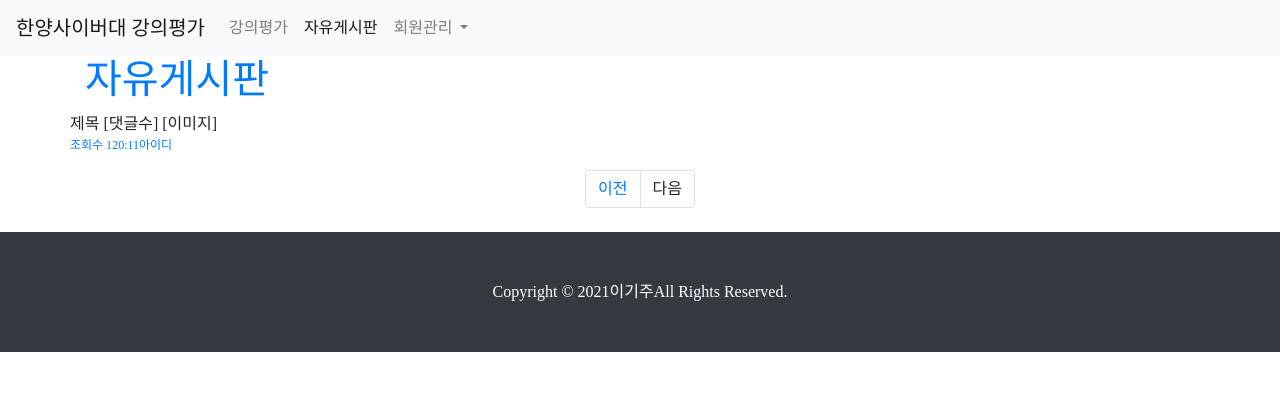
Repository: lkjjjang/hycu
Page: http://localhost/hycujjang/mobile.jsp
The author's editor kept a copy of each file at every save. The page is drawn from the files as they stood at one save, then again after the next save.
The browser window is 1280 px wide. The pictures show the whole page.
Some web fonts or font styles are not loaded; a fallback is used. The page is served by Tomcat 9. Nobody is signed in. The application's start-up code is not run. Other server files are loaded and not shown. The template is opened directly, without the code that normally fills it, so the values that code supplies are empty.

Above is the page before, as saved 2022-01-02 08:51:57.

### hycujjang/WebContent/mobile.jsp
<%@ page language="java" contentType="text/html; charset=UTF-8"
    pageEncoding="UTF-8"%>
<%@ page import="java.util.ArrayList" %>
<%@ page import="java.net.URLEncoder" %>
<%@ page import="java.io.PrintWriter" %>
<%@ taglib prefix="c" uri="http://java.sun.com/jsp/jstl/core"%>
<%@ taglib prefix="fmt" uri="http://java.sun.com/jsp/jstl/fmt"%>

<!DOCTYPE html>
<html>
<head>
	<meta charset="UTF-8">
	<meta name="viewport" content="width=device-width, initial-scale=1, shrink-to-fit=no">
	<title>한양사이버대 강의평가</title>
	<!-- 부트스트랩 CSS 추가하기 -->
	<link rel="stylesheet"
			href="https://stackpath.bootstrapcdn.com/bootstrap/4.4.1/css/bootstrap.min.css"
			integrity="sha384-Vkoo8x4CGsO3+Hhxv8T/Q5PaXtkKtu6ug5TOeNV6gBiFeWPGFN9MuhOf23Q9Ifjh"
			crossorigin="anonymous">
	<!-- 커스텀 CSS 추가하기 -->
	<link rel="stylesheet" href="./css/custom.css">
</head>
<body>
	<nav class="navbar navbar-expand-md navbar-light bg-light">
		<a class="navbar-brand" href="index.jsp">한양사이버대 강의평가</a>
		<button class="navbar-toggler" type="button" data-toggle="collapse" data-target="#navbar">
			<span class="navbar-toggler-icon"></span>
		</button>
		<div id="navbar" class="collapse navbar-collapse">
			<ul class="navbar-nav mr-auto">
				<li class="nav-item">
					<a class="nav-link" href="lectureBoardController?pageNumber=1">강의평가</a>
				</li>
				<li class="nav-item active">
					<a class="nav-link" href="freeBoardController?pageNumber=1">자유게시판</a>
				</li>
				<li class="nav-item dropdown">
					<a class="nav-link dropdown-toggle" id="dropdown" data-toggle="dropdown" href="index.jsp">
						회원관리
					</a>
					<div class="dropdown-menu" aria-labelledby="dropdown">
						<a class="dropdown-item" href="logout.jsp">로그아웃</a>
					</div>
				</li>
			</ul>
		</div>
	</nav>

	<div class="container">
		<h1>
    		<a class="ed link-primary text-bold title-underline" href="freeBoardController?pageNumber=1">자유게시판</a>
  		</h1>
  			<div class="row">
	  			<div >
	  				제목 [댓글수] [이미지]
	  			</div>
  			</div>
  			<div class="row">
  				<div class='text-primary' style="font-size: 12px;">
	  				조회수 1
	  			</div>
	  			<div class='text-primary' style="font-size: 12px;">
	  				20:11
	  			</div>
	  			<div class='text-primary' style="font-size: 12px; text-align: right">
	  				아이디
	  			</div>
  			</div>
  		</div>
  		<!--
  		${userID == 'admin'} 세션에 있는 유저 아이디
  		넘어오는 목록${freeBBS}
  		<c:if test="${userID == 'admin'}">
			<input type="checkbox" name="delCheck_id" id="delCheck_id" value="${freeBBS.bbsID}">
		</c:if>
		${freeBBS.bbsID}
		<a href="freeBoardDetailController?id=${freeBBS.bbsID}">${freeBBS.bbsTitle}</a>

  		${freeBBS.nickName}
  		${freeBBS.bbsHit}
  		${freeBBS.bbsDate}

  		-->







		<!-- 페이지번호 출력 -->
		<!-- 파라미터로 들어오는 페이지 번호를 이용해 startNum값을 구함 -->
		<div>
			<c:set var="page" value="${(param.pageNumber == null) ? 1 : param.pageNumber}"></c:set>
			<c:set var="startNum" value="${page - (page - 1) % 5}"></c:set>
			<c:set var="lastNum" value="${listCount}"></c:set>

			<ul class="pagination justify-content-center mt-3">
				<c:if test="${param.pageNumber == 1}">
					<li class="page-item"><a class="page-link" onclick="alert('이전 페이지가 없습니다.');">이전</a></li>
				</c:if>
				<c:if test="${param.pageNumber != 1}">
					<li class="page-item"><a class="page-link" href="freeBoardController?pageNumber=${param.pageNumber - 1}">이전</a></li>
				</c:if>

				<c:forEach var="i" begin="0" end="4">
					<c:if test="${(startNum + i) <= lastNum}">
						<c:if test="${param.pageNumber == (startNum + i)}">
							<li class="page-item active"><a class="page-link" href="freeBoardController?pageNumber=${startNum + i}">${startNum + i}</a></li>
						</c:if>
						<c:if test="${param.pageNumber != (startNum + i)}">
							<li class="page-item"><a class="page-link" href="freeBoardController?pageNumber=${startNum + i}">${startNum + i}</a></li>
						</c:if>
					</c:if>
				</c:forEach>

				<c:if test="${param.pageNumber == lastNum}">
					<li class="page-item"><a class="page-link" onclick="alert('다음 페이지가 없습니다.');">다음</a></li>
				</c:if>
				<c:if test="${param.pageNumber != lastNum}">
					<li class="page-item"><a class="page-link" href="freeBoardController?pageNumber=${param.pageNumber + 1}">다음</a></li>
				</c:if>
			</ul>
		</div>
	</div>

	<footer class="bg-dark mt-4 p-5 text-center" style="color: #FFFFFF;">
		Copyright &copy; 2021이기주All Rights Reserved.
	</footer>
	<script src="https://code.jquery.com/jquery-3.6.0.js"
  			integrity="sha256-H+K7U5CnXl1h5ywQfKtSj8PCmoN9aaq30gDh27Xc0jk="
  			crossorigin="anonymous">
	</script>
	<script src="https://cdn.jsdelivr.net/npm/popper.js@1.16.0/dist/umd/popper.min.js"
			integrity="sha384-Q6E9RHvbIyZFJoft+2mJbHaEWldlvI9IOYy5n3zV9zzTtmI3UksdQRVvoxMfooAo"
			crossorigin="anonymous">
	</script>
	<script src="https://maxcdn.bootstrapcdn.com/bootstrap/4.0.0/js/bootstrap.min.js"
			integrity="sha384-JZR6Spejh4U02d8jOt6vLEHfe/JQGiRRSQQxSfFWpi1MquVdAyjUar5+76PVCmYl"
			crossorigin="anonymous">
	</script>
	<script type="text/javascript">
		function guestWrite() {
			alert('게스트 계정은 글작성이 불가능 합니다.');
		}
	</script>
	<script type="text/javascript">
		function deleteAll() {
			var checkList = document.getElementsByName('delCheck_id');
			var checkedList = new Array();
			var count = 0;
			for (var i = 0; i < checkList.length; i++) {
				if (checkList[i].checked == true) {
					count++;
					checkedList[i] = checkList[i].value;
				}
			}

			if (count == 0) {
				alert('선택사항이 없습니다.');
				return;
			}

			var data = new Array();
			for (var i = 0; i < checkedList.length; i++) {
				if (checkedList[i] != null) {
					var dataTemp = new Object();
					dataTemp.id = checkedList[i];
					data.push(dataTemp);
				}
			}

			$.ajax({
				type: "post",
				url: "freeBoardDeleteController",
				data: JSON.stringify(data),
				contentType: "application/json; charset=utf-8",
				dataType: "json",

				success: function(json) {
					if (json[0].resultCode == 'ok') {
						alert('삭제 되었습니다.');
					} else {
						alert('데이터베이스 오류 입니다.');
					}
					location.reload();
				},
				error: function(json) {
					alert('시스템 오류 입니다.')
				}
			});
		}
	</script>
	<script type="text/javascript">
		function select(tagID) {
			var id = tagID.id;
			var checkList = document.getElementsByName('delCheck_id');
			for (var i = 0; i < checkList.length; i++) {
				if (id == 'selectAll') {
					checkList[i].checked = true;
				} else {
					checkList[i].checked = false;
				}
			}

			if (id == 'selectAll') {
				changeId('cancel', '선택해제');
			} else {
				changeId('selectAll', '전체선택');
			}
		}

		function changeId(id, text)  {
			  const btnElement = document.getElementById('checkList');
			  btnElement.innerHTML = '<button class="btn btn-primary" id="' + id + '" onclick="select(this)">'+ text +'</button>' +
			  							'<button class="btn btn-danger" id="deleteAll" onclick="deleteAll()">선택삭제</button>';
		}
	</script>
</body>
</html>

### hycujjang/WebContent/css/custom.css
@import url(https://fonts.googleapis.com/earlyaccess/jejugothic.css);
@import url(https://fonts.googleapis.com/css2?family=Nanum+Gothic&display=swap);
.navbar-brand, h1, h2, h3, h4 {
	font-family: 'Jeju Gothic';
}
h5 {
	font-family: 'Jeju Gothic';
	font-size: 18px;
}
body {
	font-family: 'Nanum Gothic';
}

After the next save:
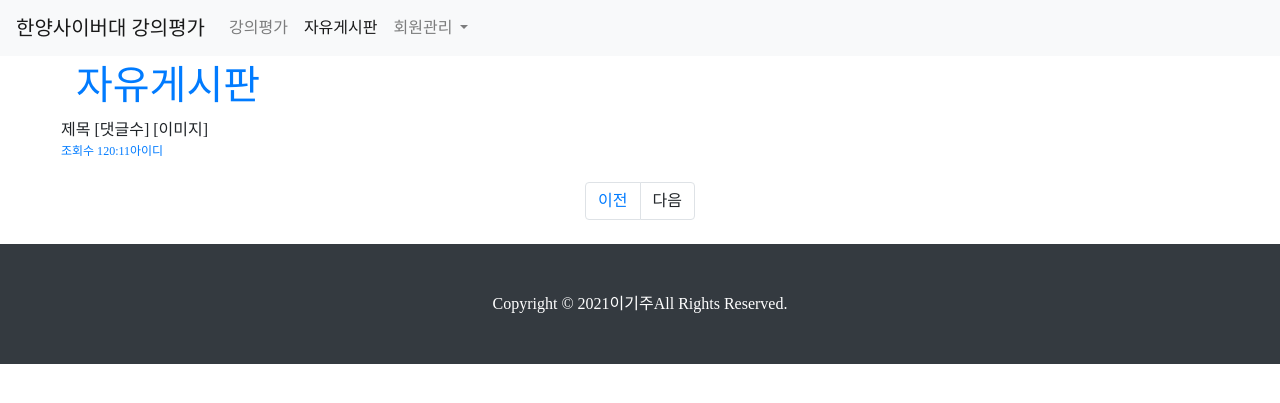
Saved 55 s later.
--- a/hycujjang/WebContent/mobile.jsp
+++ b/hycujjang/WebContent/mobile.jsp
@@ -46,7 +46,7 @@
 		</div>
 	</nav>
 
-	<div class="container">
+	<div class="container" style="padding: 6px;">
 		<h1>
     		<a class="ed link-primary text-bold title-underline" href="freeBoardController?pageNumber=1">자유게시판</a>
   		</h1>
